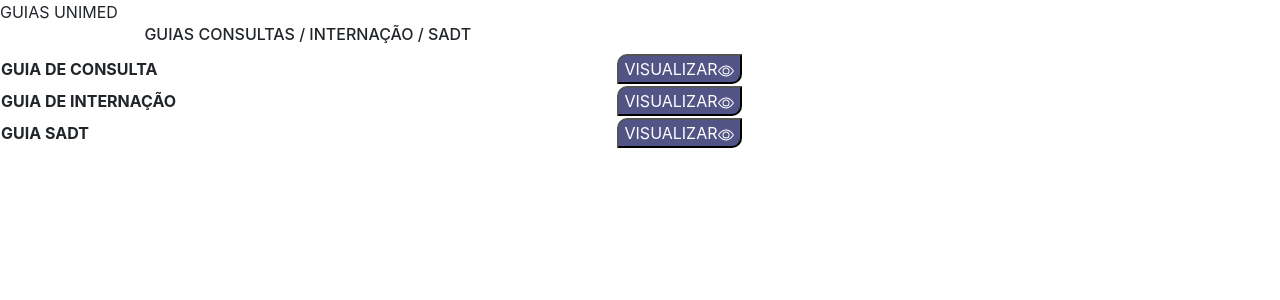
Repository: Leandromarim/INTRANET_PARTICULAR
Page: guiasUnimed.html
An editor plug-in stored every save of this project. The page is shown before and after the next save, followed by the edit.
The browser window is 1280 px wide. The pictures show the whole page.

Above is the page before, as saved 2021-12-29 14:03:09.
Not found: ajax.js

### guiasUnimed.html
<!DOCTYPE html>
<html lang="pt-br">

<head>
    <meta charset="UTF-8" />
    <meta http-equiv="X-UA-Compatible" content="IE=edge" />
    <meta name="viewport" content="width=device-width, initial-scale=1.0" />
    <link rel="stylesheet" href="./assets/css/bootstrap-grid.css" />
    <link rel="stylesheet" href="./assets/css/bootstrap-grid.min.css" />
    <link rel="stylesheet" href="./assets/css/bootstrap.css" />
    <link rel="stylesheet" href="./assets/css/bootstrap.css" />
    <link rel="stylesheet" href="./assets/css/tables.css" />
    <link rel="stylesheet" href="./assets/css/body.css" />
    <link rel="stylesheet" href="https://stackpath.bootstrapcdn.com/bootstrap/4.1.3/css/bootstrap.min.css" integrity="sha384-MCw98/SFnGE8fJT3GXwEOngsV7Zt27NXFoaoApmYm81iuXoPkFOJwJ8ERdknLPMO" crossorigin="anonymous" />
    <link rel="icon" href="./image/ico/ico_ha.ico" />
    <title>Intranet 2.0</title>
</head>

<body>
    <header id="mainheader"></header>
    <main>
        <section class="container-titulo-tabela">
            <span class="titulo-docs">GUIAS UNIMED</span>
        </section>
        <div class="table-centralizado">
            <table class="col-sm-6 col-lg-8">
                <thead>
                    <th class="titulo-setor" colspan="2">
                        <h6>GUIAS CONSULTAS / INTERNAÇÃO / SADT</h6>
                    </th>
                </thead>
                <tbody class="col-sm-6 col-lg-8">
                    <tr>
                        <th class="titulo">GUIA DE CONSULTA</th>
                        <td><a href="doc/guias/saudeitau_consulta.pdf" target="self"><button type="button" class="btn-visualizar">VISUALIZAR<svg xmlns="http://www.w3.org/2000/svg" width="16" height="16" fill="currentColor" class="bi bi-eye" viewBox="0 0 16 16">
                    <path d="M16 8s-3-5.5-8-5.5S0 8 0 8s3 5.5 8 5.5S16 8 16 8zM1.173 8a13.133 13.133 0 0 1 1.66-2.043C4.12 4.668 5.88 3.5 8 3.5c2.12 0 3.879 1.168 5.168 2.457A13.133 13.133 0 0 1 14.828 8c-.058.087-.122.183-.195.288-.335.48-.83 1.12-1.465 1.755C11.879 11.332 10.119 12.5 8 12.5c-2.12 0-3.879-1.168-5.168-2.457A13.134 13.134 0 0 1 1.172 8z"/>
                    <path d="M8 5.5a2.5 2.5 0 1 0 0 5 2.5 2.5 0 0 0 0-5zM4.5 8a3.5 3.5 0 1 1 7 0 3.5 3.5 0 0 1-7 0z"/>
                  </svg></button></a></td>
                    </tr>
                    <tr>
                        <th class="titulo">GUIA DE INTERNAÇÃO</th>
                        <td><a href="doc/guias/saudeitau_internacao.pdf"target="self"><button type="button" class="btn-visualizar">VISUALIZAR<svg xmlns="http://www.w3.org/2000/svg" width="16" height="16" fill="currentColor" class="bi bi-eye" viewBox="0 0 16 16">
                    <path d="M16 8s-3-5.5-8-5.5S0 8 0 8s3 5.5 8 5.5S16 8 16 8zM1.173 8a13.133 13.133 0 0 1 1.66-2.043C4.12 4.668 5.88 3.5 8 3.5c2.12 0 3.879 1.168 5.168 2.457A13.133 13.133 0 0 1 14.828 8c-.058.087-.122.183-.195.288-.335.48-.83 1.12-1.465 1.755C11.879 11.332 10.119 12.5 8 12.5c-2.12 0-3.879-1.168-5.168-2.457A13.134 13.134 0 0 1 1.172 8z"/>
                    <path d="M8 5.5a2.5 2.5 0 1 0 0 5 2.5 2.5 0 0 0 0-5zM4.5 8a3.5 3.5 0 1 1 7 0 3.5 3.5 0 0 1-7 0z"/>
                  </svg></button></a></td>
                    </tr>
                    <tr>
                        <th class="titulo">GUIA SADT</th>
                        <td><a href="doc/guias/unimed_sadt.pdf" target="self"><button type="button" class="btn-visualizar">VISUALIZAR<svg xmlns="http://www.w3.org/2000/svg" width="16" height="16" fill="currentColor" class="bi bi-eye" viewBox="0 0 16 16">
                    <path d="M16 8s-3-5.5-8-5.5S0 8 0 8s3 5.5 8 5.5S16 8 16 8zM1.173 8a13.133 13.133 0 0 1 1.66-2.043C4.12 4.668 5.88 3.5 8 3.5c2.12 0 3.879 1.168 5.168 2.457A13.133 13.133 0 0 1 14.828 8c-.058.087-.122.183-.195.288-.335.48-.83 1.12-1.465 1.755C11.879 11.332 10.119 12.5 8 12.5c-2.12 0-3.879-1.168-5.168-2.457A13.134 13.134 0 0 1 1.172 8z"/>
                    <path d="M8 5.5a2.5 2.5 0 1 0 0 5 2.5 2.5 0 0 0 0-5zM4.5 8a3.5 3.5 0 1 1 7 0 3.5 3.5 0 0 1-7 0z"/>
                  </svg></button></a></td>
                    </tr>
                </tbody>
            </table>
        </div>
        <br><br><br><br><br><br><br><br><br>
    </main>
    <footer id="mainfooter"></footer>
</body>
<script src="assets/js/bootstrap.js"></script>
<script src="ajax.js"></script>

</html>

### assets/css/tables.css
section.table-centralizado, thead{
    position: relative;
    display: flex;
    align-items: center;
    align-content: center;
    justify-content: center;
    justify-items: center;
}

.tabela {
    position: relative;
    display: flex;
    align-items: center;
    align-content: center;
    justify-items: center;
    justify-content: center;
}

thead h2.titulo-tabela {
    position: relative;
    display: flex;
    justify-content: center;
    justify-items: center;
    align-items: center;
    align-content: center;
}


main table.table {
    background-color: #fff;
}

th.celula,
td.coluna {
    color: #525486;
    text-transform: uppercase;
}

th {
    border-radius: 20px;
}

td .btn-visualizar {
    background-color: #525486;
    color: #fff;
    border-radius: 10px 0 10px 0;
}

td .btn-visualizar:hover {
    background-color: #fff;
    color: #525486;
}

### assets/css/body.css
.container-card {
    display: flex;
    position: relative;
    align-items: center;
    align-content: center;
    justify-content: center;
    justify-items: center;
}

.container-card img {
    border-radius: 20px 0 20px 0;
}

div.card {
    position: relative;
    display: flex;
    width: 20rem;
    margin: 5px;
    padding: 1px;
    background-color: #525486;
    border-radius: 20px 0 20px 0;
    top: 10px;
}

#card-text {
    display: flex;
    position: relative;
    color: white;
    align-content: center;
    align-items: center;
    justify-content: center;
    justify-items: center;
}

.titulo-docs h2 {
    position: relative;
    display: flex;
    justify-content: center;
    color: #525486;
}

Loaded but not shown: assets/css/bootstrap-grid.css (library); assets/css/bootstrap-grid.min.css (library); assets/css/bootstrap.css (library); assets/js/bootstrap.js (library)

After the next save:
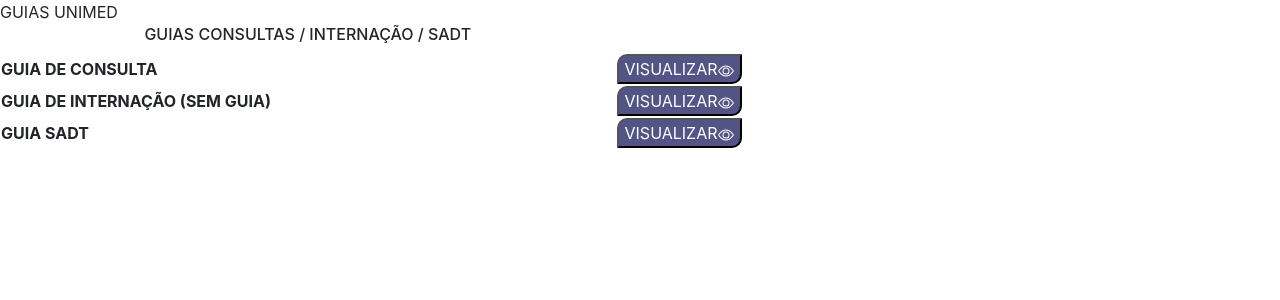
Saved 20 s later.
--- a/guiasUnimed.html
+++ b/guiasUnimed.html
@@ -38,7 +38,7 @@
                   </svg></button></a></td>
                     </tr>
                     <tr>
-                        <th class="titulo">GUIA DE INTERNAÇÃO</th>
+                        <th class="titulo">GUIA DE INTERNAÇÃO (SEM GUIA)</th>
                         <td><a href="doc/guias/saudeitau_internacao.pdf"target="self"><button type="button" class="btn-visualizar">VISUALIZAR<svg xmlns="http://www.w3.org/2000/svg" width="16" height="16" fill="currentColor" class="bi bi-eye" viewBox="0 0 16 16">
                     <path d="M16 8s-3-5.5-8-5.5S0 8 0 8s3 5.5 8 5.5S16 8 16 8zM1.173 8a13.133 13.133 0 0 1 1.66-2.043C4.12 4.668 5.88 3.5 8 3.5c2.12 0 3.879 1.168 5.168 2.457A13.133 13.133 0 0 1 14.828 8c-.058.087-.122.183-.195.288-.335.48-.83 1.12-1.465 1.755C11.879 11.332 10.119 12.5 8 12.5c-2.12 0-3.879-1.168-5.168-2.457A13.134 13.134 0 0 1 1.172 8z"/>
                     <path d="M8 5.5a2.5 2.5 0 1 0 0 5 2.5 2.5 0 0 0 0-5zM4.5 8a3.5 3.5 0 1 1 7 0 3.5 3.5 0 0 1-7 0z"/>
